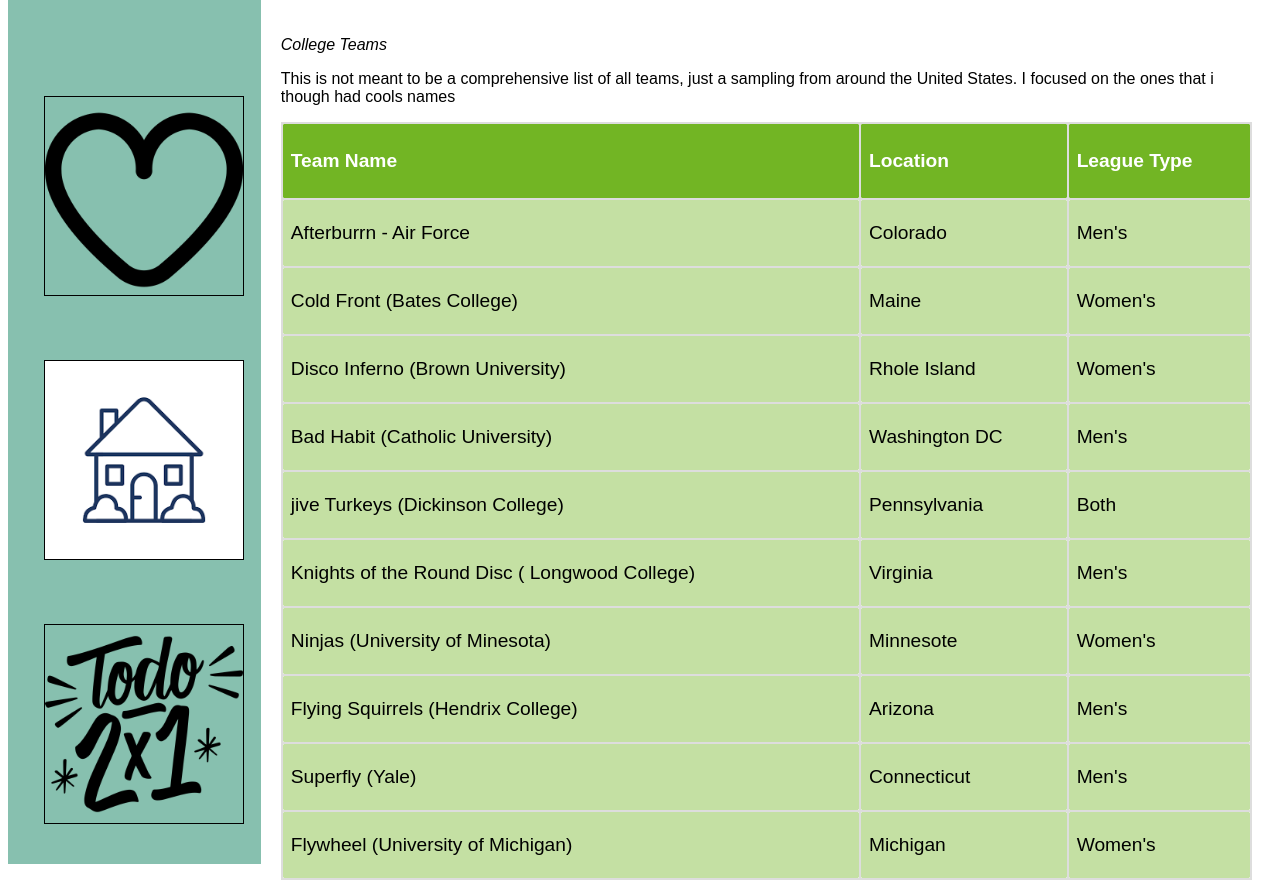
Repository: Tram-anh99/Blockchain_Funix
Page: CSS/Lab6_2.html
The author's editor kept a copy of each file at every save. The page is drawn from the files as they stood at one save, then again after a run of saves.
The browser window is 1280 px wide. The pictures show the part of the page from y = 342 to 1233 px (the page is 1222 px tall before and 1233 px after).

Above is the page before, as saved 2023-07-20 01:04:48.

After the next 7 saves:
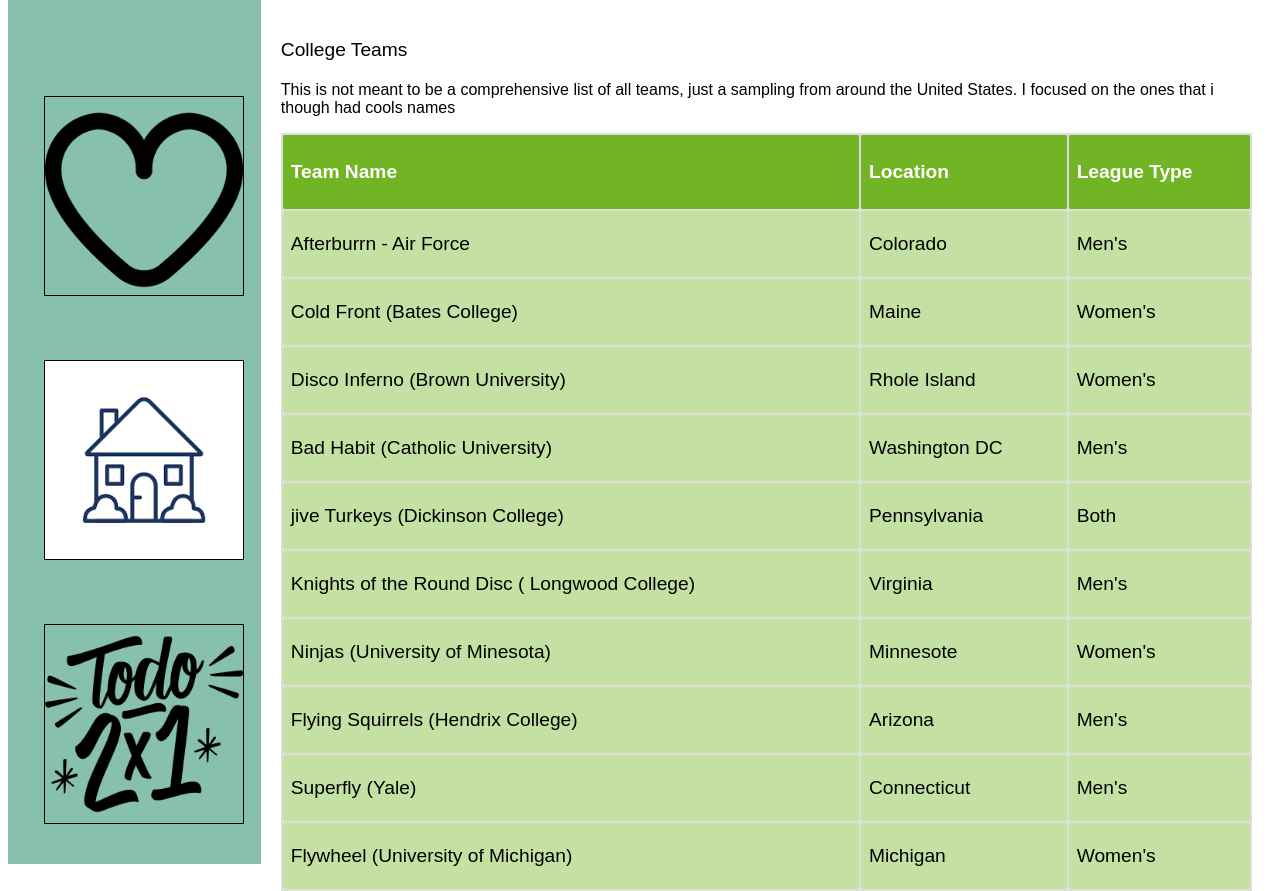
The 7 saves are shown as one change because they came seconds apart.
The last was saved 51 s later.
--- a/CSS/Lab6_2.css
+++ b/CSS/Lab6_2.css
@@ -124,7 +124,7 @@
 }
 article h1{
       font: optional;
-      font-size: medium;
-      font-weight: 200;
-      font-style: italic;
+      font-size: larger;
+      font-weight: 500;
+      font-style: bold;
 }
